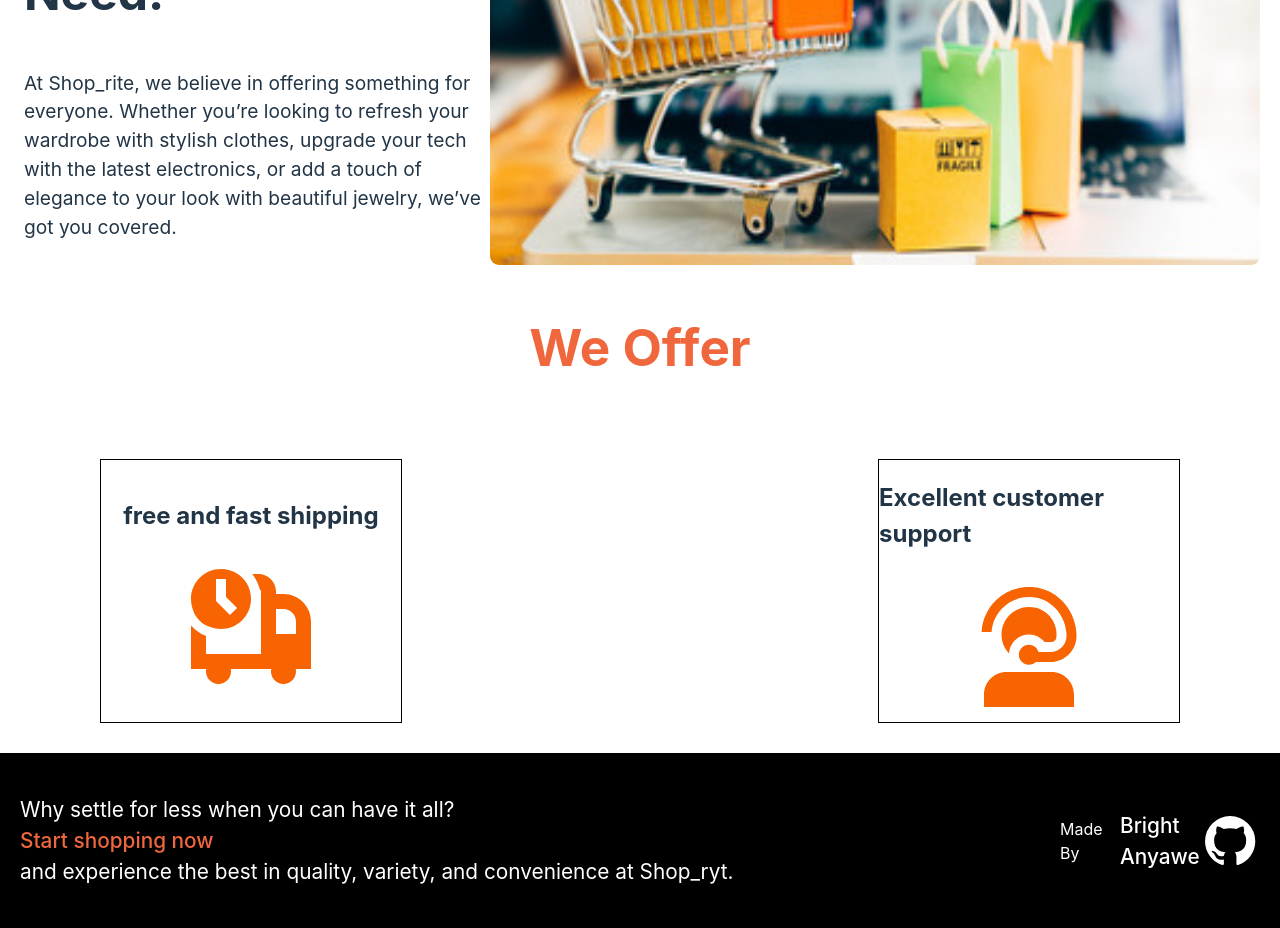
Repository: Bright-Anyawe/Shopping_cart
Page: /
An editor plug-in stored every save of this project. The page is shown before and after a run of saves, followed by the edit.
The browser window is 1280 px wide. The pictures show the part of the page from y = 1148 to 2100 px (the page is 2076 px tall before and 2100 px after).
The page's requests for data from a server got no answer. The project was rebuilt for these pictures with package versions that can differ from the ones it lists, and the page was loaded fresh each time. No one was signed in, and anything a server would have sent is missing. Also part of the build but not shown: vite.config.js, src/Components/Layout/Shop.jsx, src/Components/Categories/MenClothing.jsx, src/Components/Categories/WomenClothing.jsx, src/Components/Categories/Electronics.jsx, src/Components/Categories/Jewelry.jsx, src/Components/Features/Delete.jsx, src/Components/Layout/Quantity Summery.jsx.

Above is the page before, as saved 2024-10-28 19:51:33.

### index.html
<!doctype html>
<html lang="en">
    <head>
        <meta charset="UTF-8">
        <link rel="icon" type="image/svg+xml" href="/vite.svg">
        <link rel="preconnect" href="https://fonts.googleapis.com">
        <link rel="preconnect" href="https://fonts.gstatic.com" crossorigin>
        <link href="https://fonts.googleapis.com/css2?family=Roboto:ital,wght@0,100;0,300;0,400;0,500;0,700;0,900;1,100;1,300;1,400;1,500;1,700;1,900&display=swap" rel="stylesheet">
        <meta name="viewport" content="width=device-width, initial-scale=1.0">
        <title>Vite + React</title>
    </head>
    <body>
        <div id="root"></div>
        <script type="module" src="/src/main.jsx"></script>
    </body>
</html>

### src/main.jsx
import { StrictMode } from "react";
import { createRoot } from "react-dom/client";
import { createBrowserRouter, RouterProvider } from "react-router-dom";
import routes from "./Components/Layout/Routes";
const router = createBrowserRouter(routes);
import "./Components/Styles/index.css"
import "./Components/Styles/App.css"
import './Components/Styles/layout.css'



createRoot(document.getElementById("root")).render(
  <StrictMode>
    <RouterProvider router={router} />
  </StrictMode>
);

### src/Components/Layout/Routes.jsx
import App from "./App";
import HomePage from "./Homepage.jsx";
import Shop from "./Shop.jsx";
// import About from "../Pages/About";
// import Help from "../Pages/Help";
// import Contact from "../Pages/Contact";
// import Faq from "../Pages/Faq";

import MenClothing from "../Categories/MenClothing"; // import { element } from "prop-types";
import WomenClothing from "../Categories/WomenClothing";
import Electronics from "../Categories/Electronics";
import Jewelry from "../Categories/Jewelry";
import QuantitySummery from "./Quantity Summery.jsx";

const routes = [
  {
    path: "/",
    element: <App />,
    // ErrorElement: <ErrorPage />,
    children: [
      { element: <HomePage />, index: true },
      { path: "shop", element: <Shop /> },
      { path: "menClothing", element: <MenClothing /> },
      { path: "womenClothing", element: <WomenClothing /> },
      { path: "electronics", element: <Electronics /> },
      { path: "jewelry", element: <Jewelry /> },
      { path: "quantitySummery", element: <QuantitySummery /> },
    ],
  },
];

export default routes;

### src/Components/Styles/layout.css
@media (max-width: 500px) {
  div.root-layout {
    display: grid;
    grid-template-columns: 100%;
    grid-template-rows: 80px;
  }

  #root header {
    grid-area: 1 / 1 / 2;
    /* display: grid; */
    grid-template-columns: 300px 780px;
    padding: 14px 10px;
    /* position: fixed; */
    /* gap: 0 43rem; */
    /* gap: 36rem; */
  }

  #root header h1 {
    grid-area: 1 / 1 / 2 / 2;
    font-size: 1.7rem;
  }

  nav.navLinks {
    display: flex;
    gap: 1rem;
    font-size: 1rem;
    align-items: center;
  }

  section.categoriesContainer {
    grid-row: 1 / 3;
    display: flex;
    flex-wrap: wrap;
    flex-direction: column;
    justify-content: center;
    align-items: start;
  }

  main aside {
    display: flex;
    flex-direction: column;
    flex-wrap: wrap;
    justify-content: center;
    gap: 20px;
    width: 99%;
    /* margin: 40px 0; */
  }

  nav.asideNavContainer {
    max-width: 460px;
    display: flex;
    flex-wrap: wrap;
  }

  ul.itemsContainer {
    display: flex;
    flex-wrap: wrap;
    flex-direction: row;
    justify-content: space-evenly;
    align-items: center;
    margin: 0 0 0 10px;
    font-size: 1rem;
    padding: 0;
    gap: 10px;
    max-width: 460px;
  }

  ul.itemsContainer li a {
    width: 100%;
    display: flex;
    flex-wrap: wrap;
  }

  #root header nav {
    grid-area: 1 / 2 / 2 / 3;
  }

  h1.headText svg {
    width: 25px;
  }

  div.root-layout main {
    grid-area: 2 / 1/ 9 / 4;
    display: flex;
    flex-direction: column;
    grid-template-columns: auto;
    grid-template-rows: 150px;
    gap: 20px;
  }

  div.homeHeadText {
    padding: 4px;
    width: 100%;
  }

  div.welcomePageContainer {
    display: flex;
    padding: 20px;
    flex-direction: column;
    /* background-image: url(src/assets/person_holding_red_shirt.jpg); */
  }

  div.welcomePageContainer h2 {
    font-size: 2rem;
  }

  div.welcomePageContainer p {
    font-size: 1.1rem;
  }

  div.shoppingMallPicture {
    background-image: url(../../assets/perosn_selling_to_client.jpg);
    height: 400px;
    background-size: 100% 100%;
    background-position: center;
    object-fit: contain;
    object-position: 50% 50%;
    border-radius: 9px;
    margin: 10px;
  }

  div.homePageContainer {
    max-width: 430px;
    display: flex;
    flex-direction: column;
    justify-content: center;
  }

  div.homePageImageContainer {
    width: 100%;
    height: auto;
    background-image: url("src/assets/Items_In_cart.jpg");

    background-size: 100% 100%;
    /* background-position: ; */
    background-position: center;

    object-fit: contain;
    object-position: 50% 50%;
    border-radius: 9px;
  }

  div.ourOfferContainer {
    display: flex;
    flex-direction: column;
    gap: 50px;
    /* align-items: center; */
    /* justify-content: center; */
  }

  div.ourOfferSubContainer {
    display: flex;
    flex-direction: column;
    justify-content: space-between;
    align-items: center;
    padding-inline: 100px;
    gap: 30px;
    margin: 0 0 30px 0;
  }

  h1.offerEl {
    display: flex;
    align-items: center;
    justify-content: center;
    font-size: 2.2rem;
    color: rgb(240, 103, 61);
  }

  .ourOfferContainer img {
    width: 70px;
    height: auto;
  }

  div.free-fastContainer {
    display: flex;
    flex-direction: column;
    justify-content: center;
    align-items: center;
    border: 1px solid black;
    width: 200px;
  }

  div.free-fastContainer h2 {
    font-size: 1.2rem;
  }

  div.customerServiceContainer {
    display: flex;
    flex-direction: column;
    justify-content: center;
    align-items: center;
    border: 1px solid black;
    width: 200px;
  }

  div.customerServiceContainer h2 {
    font-size: 1.2rem;
    text-align: center;
  }

  main footer p {
    font-size: 1.5rem;
  }

  div.container {
    display: flex;
    justify-content: center;
    align-items: center;
    box-shadow: 0px 0px 2px 2px black;
    width: 371px;
    padding: 10px;
    gap: 20px;
    height: 250px;
  }

  li img {
    max-width: 150px;
    max-height: 200px;
    object-fit: cover;

    object-fit: contain;
    object-position: 50% 50%;
    border-radius: 9px;
  }

  div.container h4 {
    /* display: flex; */
    max-width: 200px;
    align-items: center;
    justify-content: center;
    font-size: 1rem;
  }

  main footer :first-child {
    font-size: 1.1rem;
    max-width: 70%;
  }
}

@media (max-width: 700px) and (min-width: 501px) {
  div.root-layout {
    display: grid;
    grid-template-columns: 100%;
    grid-template-rows: 80px;
  }

  #root header {
    grid-area: 1 / 1 / 2;
    /* display: grid; */
    grid-template-columns: 300px 780px;
    padding: 14px 10px;
    /* position: fixed; */
    /* gap: 0 43rem; */
    /* gap: 36rem; */
  }

  #root header h1 {
    grid-area: 1 / 1 / 2 / 2;
    font-size: 1.7rem;
  }

  nav.navLinks {
    display: flex;
    gap: 1rem;
    font-size: 1rem;
    align-items: center;
  }

  section.categoriesContainer {
    grid-row: 1 / 3;
    display: flex;
    flex-wrap: wrap;
    flex-direction: column;
    justify-content: center;
    align-items: start;
  }

  main aside {
    display: flex;
    flex-direction: column;
    flex-wrap: wrap;
    justify-content: center;
    gap: 20px;
    width: 99%;
    /* margin: 40px 0; */
  }

  nav.asideNavContainer {
    /* max-width: 460px; */
    display: flex;
    flex-wrap: wrap;
    justify-content: center;
  }

  ul.itemsContainer {
    display: flex;
    flex-wrap: wrap;
    flex-direction: row;
    justify-content: space-evenly;
    align-items: center;
    margin: 0 0 0 10px;
    font-size: 1.3rem;
    padding: 0;
    gap: 10px;
    max-width: 460px;
  }

  ul.itemsContainer li a {
    width: 100%;
    display: flex;
    flex-wrap: wrap;
  }

  #root header nav {
    grid-area: 1 / 2 / 2 / 3;
  }

  h1.headText svg {
    width: 25px;
  }

  div.root-layout main {
    grid-area: 2 / 1/ 9 / 4;
    display: flex;
    flex-direction: column;
    grid-template-columns: auto;
    grid-template-rows: 150px;
    gap: 20px;
  }

  div.homeHeadText {
    padding: 4px;
    width: 100%;
  }

  div.welcomePageContainer {
    display: flex;
    padding: 20px;
    flex-direction: column;
    /* background-image: url(src/assets/person_holding_red_shirt.jpg); */
  }

  div.welcomePageContainer h2 {
    font-size: 2rem;
  }

  div.welcomePageContainer p {
    font-size: 1.1rem;
  }

  div.shoppingMallPicture {
    background-image: url(../../assets/perosn_selling_to_client.jpg);
    height: 400px;
    background-size: 100% 100%;
    background-position: center;
    object-fit: contain;
    object-position: 50% 50%;
    border-radius: 9px;
    margin: 10px;
  }

  div.homePageContainer {
    /* max-width: 430px; */
    display: flex;
    flex-direction: column;
    justify-content: center;
  }

  div.homePageImageContainer {
    width: 100%;
    height: auto;
    background-image: url("src/assets/Items_In_cart.jpg");

    background-size: 100% 100%;
    /* background-position: ; */
    background-position: center;

    object-fit: contain;
    object-position: 50% 50%;
    border-radius: 9px;
  }

  div.ourOfferContainer {
    display: flex;
    flex-direction: column;
    gap: 50px;
    /* align-items: center; */
    /* justify-content: center; */
  }

  div.ourOfferSubContainer {
    display: flex;
    flex-direction: column;
    justify-content: space-between;
    align-items: center;
    padding-inline: 100px;
    gap: 30px;
    margin: 0 0 30px 0;
  }

  h1.offerEl {
    display: flex;
    align-items: center;
    justify-content: center;
    font-size: 2.2rem;
    color: rgb(240, 103, 61);
  }

  .ourOfferContainer img {
    width: 70px;
    height: auto;
  }

  div.free-fastContainer {
    display: flex;
    flex-direction: column;
    justify-content: center;
    align-items: center;
    border: 1px solid black;
    width: 200px;
  }

  div.free-fastContainer h2 {
    font-size: 1.2rem;
  }

  div.customerServiceContainer {
    display: flex;
    flex-direction: column;
    justify-content: center;
    align-items: center;
    border: 1px solid black;
    width: 200px;
  }

  div.customerServiceContainer h2 {
    font-size: 1.2rem;
    text-align: center;
  }

  main footer p {
    font-size: 1.5rem;
  }

  div.container {
    display: flex;
    justify-content: center;
    align-items: center;
    box-shadow: 0px 0px 2px 2px black;
    width: 371px;
    padding: 10px;
    gap: 20px;
    height: 250px;
  }

  li img {
    max-width: 150px;
    max-height: 200px;
    object-fit: cover;

    object-fit: contain;
    object-position: 50% 50%;
    border-radius: 9px;
  }

  div.container h4 {
    /* display: flex; */
    max-width: 200px;
    align-items: center;
    justify-content: center;
    font-size: 1rem;
  }

  main footer :first-child {
    font-size: 1.1rem;
    max-width: 70%;
  }
}

@media (max-width: 799px) and (min-width: 701px) {
  div.root-layout {
    display: grid;
    grid-template-columns: 100%;
    grid-template-rows: 80px;
  }

  #root header {
    grid-area: 1 / 1 / 2;
    /* display: grid; */
    grid-template-columns: 300px 780px;
    /* position: fixed; */
    /* gap: 0 43rem; */
    /* gap: 36rem; */
  }

  #root header h1 {
    grid-area: 1 / 1 / 2 / 2;
  }

  #root header nav {
    grid-area: 1 / 2 / 2 / 3;
  }

  main {
    grid-area: 2 / 1/ 9 / 4;
  }

  div.homeHeadText {
    padding: 4px;
    width: 50%;
  }

  div.welcomePageContainer h2 {
    font-size: 2rem;
  }

  div.welcomePageContainer p {
    font-size: 1.1rem;
  }

  /* div.welcomePageContainer img {
    width: 100%;
    height: auto;
    min-width: 100px;
    min-height: 0;
    object-fit: cover;
  } */

  div.homePageImageContainer {
    width: 100%;
    height: auto;
    background-image: url("src/assets/Items_In_cart.jpg");

    background-size: 100% 100%;
    /* background-position: ; */
    background-position: center;

    object-fit: contain;
    object-position: 50% 50%;
    border-radius: 9px;
  }

  div.ourOfferContainer {
    display: flex;
    flex-direction: column;
    gap: 50px;
    /* align-items: center; */
    /* justify-content: center; */
  }

  div.ourOfferSubContainer {
    display: flex;
    justify-content: space-between;
    padding-inline: 100px;
    margin: 0 0 30px 0;
  }

  h1.offerEl {
    display: flex;
    align-items: center;
    justify-content: center;
    font-size: 2.2rem;
    color: rgb(240, 103, 61);
  }

  .ourOfferContainer img {
    width: 70px;
    height: auto;
  }

  div.free-fastContainer {
    display: flex;
    flex-direction: column;
    justify-content: center;
    align-items: center;
    border: 1px solid black;
    width: 200px;
  }

  div.free-fastContainer h2 {
    font-size: 1.2rem;
  }

  div.customerServiceContainer {
    display: flex;
    flex-direction: column;
    justify-content: center;
    align-items: center;
    border: 1px solid black;
    width: 200px;
  }

  div.customerServiceContainer h2 {
    font-size: 1.2rem;
    text-align: center;
  }

  main footer p {
    font-size: 1.5rem;
  }

  div.container {
    display: flex;
    justify-content: center;
    align-items: center;
    box-shadow: 0px 0px 2px 2px black;
    width: 371px;
    padding: 10px;
    gap: 20px;
    height: 250px;
  }

  li img {
    max-width: 150px;
    max-height: 200px;
    object-fit: cover;

    object-fit: contain;
    object-position: 50% 50%;
    border-radius: 9px;
  }

  div.container h4 {
    /* display: flex; */
    max-width: 200px;
    align-items: center;
    justify-content: center;
    font-size: 1rem;
  }
}

@media (max-width: 1120px) and (min-width: 800px) {
  div.root-layout {
    display: grid;
    grid-template-columns: 100%;
    grid-template-rows: 80px;
  }

  #root header {
    grid-area: 1 / 1 / 2;
    /* display: grid; */
    grid-template-columns: 300px 780px;
    /* position: fixed; */
    /* gap: 0 43rem; */
    /* gap: 36rem; */
  }

  #root header h1 {
    grid-area: 1 / 1 / 2 / 2;
  }

  #root header nav {
    grid-area: 1 / 2 / 2 / 3;
  }

  main {
    grid-area: 2 / 1/ 9 / 4;
  }

  div.homeHeadText {
    padding: 4px;
    width: 50%;
  }

  div.welcomePageContainer h2 {
    font-size: 2rem;
  }

  div.welcomePageContainer p {
    font-size: 1.1rem;
  }

  /* div.welcomePageContainer img {
    width: 100%;
    height: auto;
    min-width: 100px;
    min-height: 0;
    object-fit: cover;
  } */

  div.homePageImageContainer {
    width: 100%;
    height: auto;
    background-image: url("src/assets/Items_In_cart.jpg");

    background-size: 100% 100%;
    /* background-position: ; */
    background-position: center;

    object-fit: contain;
    object-position: 50% 50%;
    border-radius: 9px;
  }

  div.ourOfferContainer {
    display: flex;
    flex-direction: column;
    gap: 50px;
    /* align-items: center; */
    /* justify-content: center; */
  }

  div.ourOfferSubContainer {
    display: flex;
    justify-content: space-between;
    padding-inline: 100px;
    margin: 0 0 30px 0;
  }

  h1.offerEl {
    display: flex;
    align-items: center;
    justify-content: center;
    font-size: 2.2rem;
    color: rgb(240, 103, 61);
  }

  .ourOfferContainer img {
    width: 70px;
    height: auto;
  }

  div.free-fastContainer {
    display: flex;
    flex-direction: column;
    justify-content: center;
    align-items: center;
    border: 1px solid black;
    width: 200px;
  }

  div.free-fastContainer h2 {
    font-size: 1.2rem;
  }

  div.customerServiceContainer {
    display: flex;
    flex-direction: column;
    justify-content: center;
    align-items: center;
    border: 1px solid black;
    width: 200px;
  }

  div.customerServiceContainer h2 {
    font-size: 1.2rem;
    text-align: center;
  }

  main footer p {
    font-size: 1.5rem;
  }

  div.container {
    display: flex;
    justify-content: center;
    align-items: center;
    box-shadow: 0px 0px 2px 2px black;
    width: 371px;
    padding: 10px;
    gap: 20px;
    height: 250px;
  }

  li img {
    max-width: 150px;
    max-height: 200px;
    object-fit: cover;

    object-fit: contain;
    object-position: 50% 50%;
    border-radius: 9px;
  }

  div.container h4 {
    /* display: flex; */
    max-width: 200px;
    align-items: center;
    justify-content: center;
    font-size: 1rem;
  }
}

.shopText {
  color: rgb(240, 103, 61);
}

.shopLink {
  color: rgb(240, 103, 61);
}

.root-layout {
  /* display: grid; */
  grid-template-columns: 100%;
  grid-template-rows: 60px;
}

header {
  grid-area: 1 / 1 / 2;
  /* display: grid; */
  display: flex;
  justify-content: space-between;
  align-items: center;
  padding: 14px 35px;

  /* gap: 0 43rem; */
  /* gap: 36rem; */
}

header h1 {
  grid-area: 1 / 1 / 2 / 2;
}

header nav {
  grid-area: 1 / 2 / 2 / 3;
}

main {
  grid-area: 2 / 1/ 9 / 4;
  display: grid;
  grid-template-columns: auto;
  grid-template-rows: 80px;
  gap: 20px;
}

.categoriesContainer {
  grid-row: 1 / 2;
  display: flex;
  flex-direction: column;
  justify-content: center;
  align-items: center;
}

.shopProductContainer {
  grid-row: 2 / 9;
}

aside {
  display: flex;
  flex-direction: column;
  justify-content: center;
  gap: 20px;
  width: 82%;
}

aside h2 {
  display: flex;
  justify-content: center;
  font-size: 1.8rem;
}

.ourOfferSubContainer {
  display: flex;
  justify-content: space-between;
  padding-inline: 100px;
  margin: 0 0 30px 0;
}

.itemsContainer {
  display: flex;
  flex-direction: row;
  justify-content: space-evenly;
  align-items: center;
  margin: 0 0 0 40px;
  font-size: 1.3rem;
  padding: 0;
  gap: 20px;
}

.itemsContainer li a {
  width: 150px;
}

.itemNotSelected {
  text-align: center;
  font-size: 1.5rem;
}

.menProductContainer,
.womenProductContainer,
.electronicsProductContainer,
.jewelryContainer {
  display: flex;
  flex-wrap: wrap;
  gap: 20px;
}

.homeHeadText {
  padding: 4px;
  width: 60%;
}

.homePageImageContainer {
  width: 100%;
  height: auto;
  background-image: url("src/assets/Items_In_cart.jpg");
  background-size: 100% 100%;
  /* background-position: ; */
  background-position: center;

  object-fit: contain;
  object-position: 50% 50%;
  border-radius: 9px;
}

.creator {
  display: flex;
  align-items: center;
  gap: 10px;
}

footer {
  background-color: black;
  display: flex;
  align-items: center;
  justify-content: space-between;
  padding: 20px;
}

footer a {
  color: white;
}

footer a:hover {
  color: white;
}

footer :first-child {
  font-size: 1.3rem;
  max-width: 70%;

}

footer :last-child {
  display: flex;
  width: 200px;
}

footer svg {
  fill: white;
}

footer p {
  color: white;
}

### src/Components/Layout/App.jsx
import { createContext } from "react";
import { Header } from "./Header";
import { useState } from "react";
import { Outlet } from "react-router-dom";
import { SideBar } from "./SideBar";

export const QuantityContext = createContext(null);
export const QtySummeryContext = createContext([]);

export default function App() {
  const [quantityCount, setQuantityCount] = useState(0);
  const [quantity, setQuantity] = useState({});
  const [qtySummery, setSummery] = useState([]);
  const [qtySummeryObject, setQuantitySummeryObject] = useState({
    productUrl: "",
    productTitle: '',
    productPrice: "",
    QtySelected: "",
    qtySubTotal: "",
  });

  return (
    <>
      <div className="root-layout">
        <QuantityContext.Provider
          value={{ quantityCount, setQuantityCount, quantity, setQuantity }}
        >
          <QtySummeryContext.Provider
            value={{
              qtySummery,
              setSummery,
              qtySummeryObject,
              setQuantitySummeryObject,
            }}
          >
            <Header />
            <main>
              <SideBar />

              <Outlet />
            </main>
          </QtySummeryContext.Provider>
        </QuantityContext.Provider>
      </div>
    </>
  );
}

### src/Components/Layout/SideBar.jsx
import { NavLink } from "react-router-dom";
import { useShopProduct } from "./GetShopProduct";

export const SideBar = () => {
  const { loading } = useShopProduct();

  return (
    <>
      {loading ? null : (
        <section className="categoriesContainer">
          <aside>
            <h2 className="shopText">Categories</h2>

            <nav className="asideNavContainer">
              <ul className="itemsContainer">
                <li>
                  <NavLink to="shop">All</NavLink>
                </li>

                <li>
                  {" "}
                  <NavLink to="menClothing">Men Clothing</NavLink>
                </li>
                <li>
                  {" "}
                  <NavLink to="womenClothing">Women Clothing</NavLink>
                </li>
                <li>
                  {" "}
                  <NavLink to="electronics">Electronics</NavLink>
                </li>
                <li>
                  {" "}
                  <NavLink to="jewelry">Jewelry</NavLink>
                </li>
              </ul>{" "}
            </nav>
          </aside>
        </section>
      )}
    </>
  );
};

Loaded but not shown: src/index.css (common file); src/Components/Layout/GetShopProduct.js (33 lines, source omitted); src/Components/Styles/App.css (319 lines, source omitted); src/Components/Layout/Homepage.jsx (83 lines, source omitted); src/Components/Layout/Header.jsx (54 lines, source omitted)

After the next 5 saves:
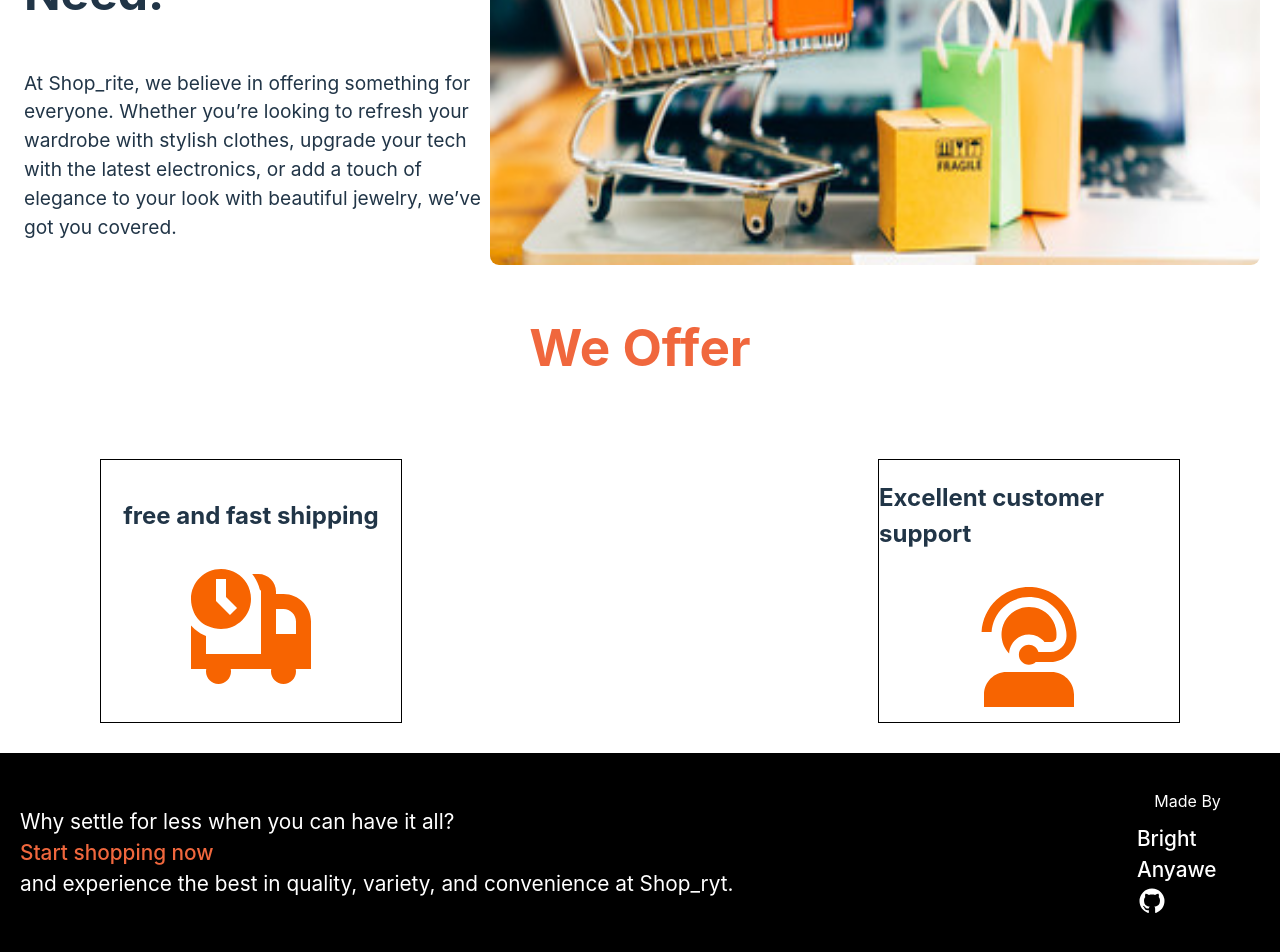
The 5 saves are shown as one change because 2 did not build or start and some came seconds apart.
The last was saved 27 s later.
--- a/src/Components/Styles/layout.css
+++ b/src/Components/Styles/layout.css
@@ -932,8 +932,9 @@ footer :first-child {
 }
 
 footer :last-child {
-  display: flex;
-  width: 200px;
+  /* width: 200px; */
+      display: flex;
+    flex-direction: column;
 }
 
 footer svg {
